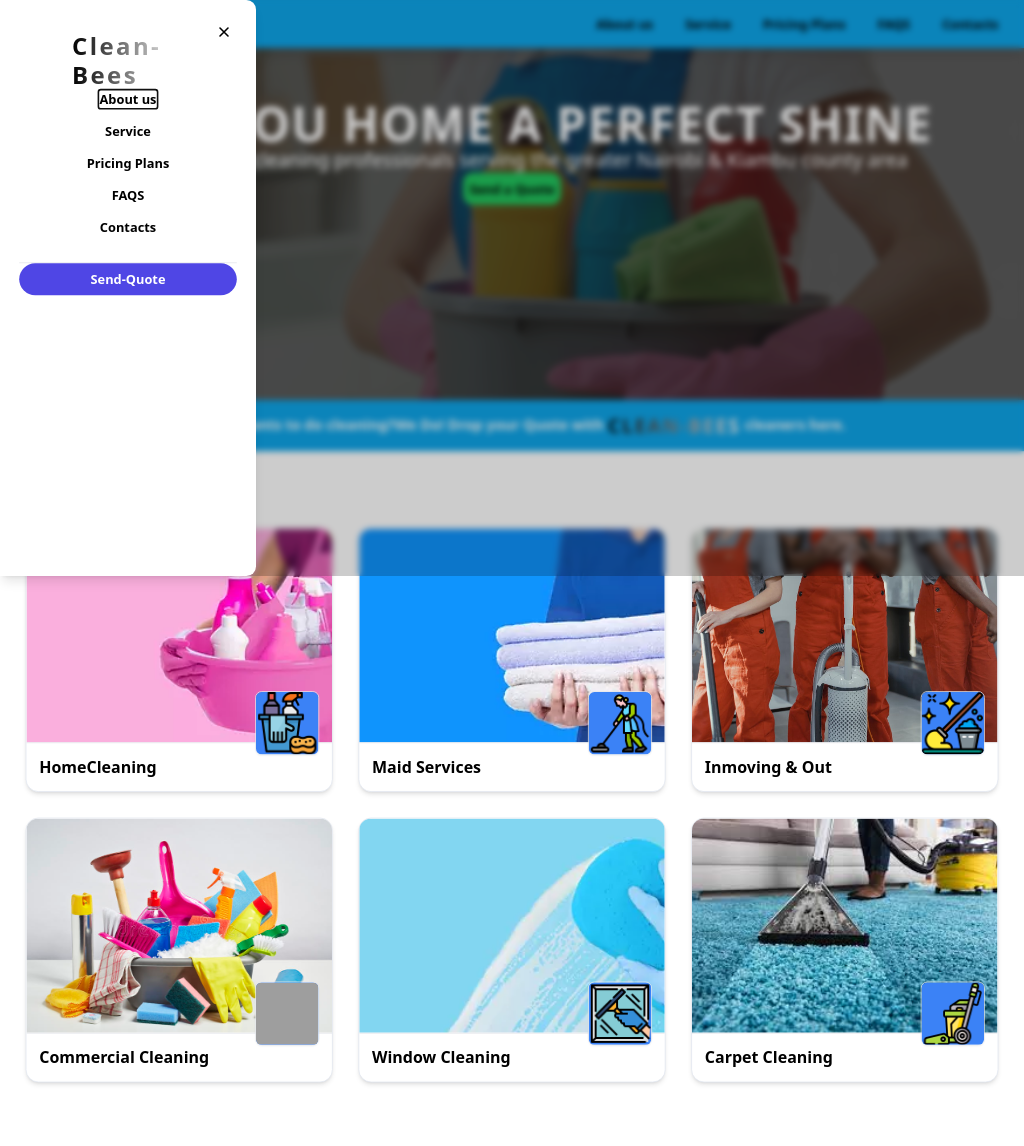
Repository: remydev47/cleanbees
Page: /
These files come from the project's save history. The page is drawn as it stood at one moment and after the next save; the edit follows.
The browser window is 1280 px wide. The pictures show the whole page, at 80% of full size.
Pictures or frames that could not be fetched are drawn as grey boxes. The project was rebuilt for these pictures with package versions that can differ from the ones it lists, and the page was loaded fresh each time. The framework's server and built-in components were replaced by stand-ins that run in the browser. Also part of the build but not shown: next.config.js.

Above is the page before, as saved 2022-09-19 11:52:02.

### pages/_app.tsx
import '../styles/globals.css'
import type { AppProps } from 'next/app'
import { Header } from '../components/Header'


function MyApp({ Component, pageProps }: AppProps) {
  return (
    <>
      <Header />
      <Component {...pageProps} />
    </>

    )
}

export default MyApp

### pages/index.tsx
import type { NextPage } from 'next'
import Head from 'next/head'
import Image from 'next/image'
import Hero from '../components/Hero'
import Services from '../components/Services';
import Testmonial from '../components/Testmonial';

const Home: NextPage = () => {
  return (
    <div className="">
      <Head>
        <title>CleanBees</title>
        <link rel="icon" href="/favicon.ico" />
      </Head>
      <Hero />
     <main className='mx-auto max-w-screen-xl px-6 sm:px-8'>
      <div className='mt-16 space-y-20'>
        <Services />
        <Testmonial />
      </div>
     </main>

    </div>
  )
}

export default Home

### components/Header.tsx
import { navLinks } from "../constants"
import { MenuPopOver } from "./MenuPopover"
import Logo from "./Logo"
import Image from "next/image"
import { title } from "process"

export const Header = () => {
    return(
        <>
          <header className={styles.container}>
           <div className='flex grow-0 basis-1/3 md:hidden'>
             <MenuPopOver />
          </div>
          <div className='flex grow-0 basis-1/3 justify-center md:justify-start'>
            <Logo />
           </div>
           <ul className="list-none sm:flex hidden justify-end items-center flex-1">
            {navLinks.map((nav, index) => (
                <li
                key={nav.id}
                className={`font-poppins font-extrabold cursor-pointer text-[16px]
                  ${index === navLinks.length - 1 ? 'mr-0' : 'mr-10'}
                 text-black `}
                >
                    <a>{nav.title}</a>
                </li>
            ))}
           </ul>

          </header>
        </>
    )
}

const styles ={
    container:`sticky bg-[#0ea5e9] inset-x-0 top-0 z-20 flex items-center justify-between py-2 px-2 shadow-lg dark:bg-slate-900 sm:py-3 sm:px-8`
}

### components/Hero.tsx
import React from 'react'
import Image from 'next/image'



const Hero = () => {
  return (
    <>
      <section className='relative h-[640px] w-full  bg-blue-500 sm:h-[55vh] md:h-[440px]'>
         <Image
           src='/img/pixel-cleaner2.jpg'
           layout='fill'
           objectFit='cover'
         />

        <div className="absolute inset-0 bg-neutral-900/70">
        <div className='mx-4 mt-16 flex flex-col items-center text-center '>
                <h1 className={styles.innerbanner}>
                    Give you Home a Perfect Shine
                </h1>
                <span className='text-xl text-white sm:text-2xl'>
                    Reliable house cleaning professionals serving the greater Nairobi & Kiambu county area
                </span>
                <button className='bg-green-500 text-black font-semibold p-2 rounded-xl'>
                    Send a Quote
                </button>
              </div>
        </div>
      </section>
      <HeroBottomCard />
   </>
  )
}

function HeroBottomCard() {
    return (
      <div className="bg-[#0ea5e9] p-4">
        <span className="block text-center text-lg text-white font-semibold">
          Nobody wants to do cleaning?We Do! Drop your  Quote with{" "}
          <span className="bg-gradient-to-r from-black to-[#fff] bg-clip-text align-middle text-2xl font-black tracking-widest text-transparent">
            CLEAN-BEES
          </span>{" "}
          cleaners here.
        </span>
      </div>
    );
  }

export default Hero;
const styles ={

    innerbanner:`text-3xl font-extrabold uppercase tracking-wide text-white sm:text-4xl md:text-5xl lg:text-6xl`,
}

### components/Services.tsx
import React from 'react';
import Image from 'next/image'
import Link from 'next/link';

const serviceItems =[
    {
        name:"HomeCleaning",
        description:"",
        image:'/img/cleaning3.webp',
        logo:"/img/homecleaning.png"
    },
    {
        name:"Maid Services",
        description:"",
        image:'/img/maid2.webp',
        logo:"/img/maid.png"
    },
    {
        name:"Inmoving & Out",
        description:"",
        image:'/img/pexels-cleaner.jpeg',
        logo:"/img/inmoving.png"
    },
    {
        name:"Commercial Cleaning",
        description:"",
        image:'/img/pixelcleaner3.jpg',
        logo:"/img/officecleaning.png"
    },
    {
        name:"Window Cleaning",
        description:"",
        image:'/img/cleaning4.webp',
        logo:"/img/window.png"
    },
    {
        name:"Carpet Cleaning",
        description:"",
        image:'/img/cleancarpet.jpg',
        logo:"/img/carpet.png"
    },
]

const Services = () => {
  return (
    <section id='service-items'>
        <div>
            <h2 className="text-2xl font-semibold"> Our Services </h2>
        </div>

        <div id="top-companies__items" className="grid grid-cols-1 gap-8 sm:grid-cols-2 lg:grid-cols-3">
              {serviceItems.map((item, i) => (
                 <Link href="/#" key={i}>
                  <a className="group block overflow-hidden rounded-2xl border border-slate-200 bg-white shadow-md transition-all duration-150 hover:-translate-y-1 hover:shadow-lg dark:border-slate-800 dark:bg-slate-700">
                    <div className="relative block overflow-hidden  pt-[70%]">
                     <Image
                       src={item.image}
                       alt={item.name}
                       layout="fill"
                       objectFit="cover"
                       className="transition-all duration-200 group-hover:scale-[102%]"
                      />
                    </div>
                    <div className="relative flex flex-col border-t p-4 dark:border-slate-600">
                <span className="absolute right-4 -top-[65px] block h-[80px] w-[80px] overflow-hidden rounded-lg border shadow-sm dark:border-slate-600">
                  <div className="relative block overflow-hidden  bg-blue-500 pt-[100%]">
                    <Image
                      src={item.logo}
                      alt={item.name}
                      layout="fill"
                      objectFit="cover"
                    />
                  </div>
                </span>

                <h5 className="block truncate text-xl font-semibold capitalize">
                  {item.name}
                </h5>
                <span className="block truncate text-slate-500 dark:text-slate-400">
                  {item.description}
                </span>
              </div>
                 </a>
                 </Link>
              ))}
            </div>

    </section>
  )
}

export default Services

### components/Testmonial.tsx
import React from 'react'
import "react-responsive-carousel/lib/styles/carousel.min.css";
import { Carousel } from 'react-responsive-carousel'

const Testmonial = () => {
  return (
    <>
      <section className="bg-[#0ea5e9] ">
        <Carousel>

        </Carousel>
      </section>
    </>
  )
}

export default Testmonial

### constants/index.ts

export const navLinks =[
    {
     id:"aboutus",
     title:"About us"
    },
    {
        id:"services",
        title:"Service"
    },
    {
        id:"pricingplans",
        title:"Pricing Plans"
    },
    {
        id:"faqs",
        title:"FAQS"
    },
    {
        id:"contacts",
        title:"Contacts"
    },
]

### components/MenuPopover.tsx
import React, { useState, Fragment } from 'react'
import { IconButton } from './Button'
import { Transition, Dialog }  from '@headlessui/react';
import Link from 'next/link';
import Logo from './Logo';
import { Button } from './Button';
//import { ThemeSelect } from './ThemeToogle';
import { navLinks } from '../constants';

export const MenuPopOver = () => {
    const [isOpen, setIsOpen] = useState(true)

    return(
      <div>
        <IconButton
          variant='ghost'
          aria-label='menu'
          onClick={() => setIsOpen(!isOpen)}
        >
          <svg className='h-6 w-6 ' fill='none' stroke='currentColor'>
            <path
              strokeLinecap='round'
              strokeLinejoin='round'
              strokeWidth={2}
              d='M4 6h16M4 12h16M4 18h16'
            />
          </svg>
        </IconButton>
        <Transition
          show={isOpen}
          appear
          as={Fragment}
          enter='transform transition ease-in-out duration-300'
          enterFrom='-translate-x-full'
          enterTo='translate-x-0'
          leave='transform transition ease-in-out duration-300 delay-200'
          leaveFrom='translate-x-0'
          leaveTo='-translate-x-full'
        >
         <Dialog
           as='div'
           className={`fixed inset-0 z-50`}
           onClose={setIsOpen}
           open={isOpen}
           >
           <Transition.Child
             as={Fragment}
             enter='ease-out duration-300 delay-300'
             enterFrom='opacity-0'
             enterTo='opacity-100'
             leave='ease-in duration-200'
             leaveFrom='opacity-100'
             leaveTo='opacity-0'
           >

            <Dialog.Overlay
              className={`fixed inset-0 bg-black/20 backdrop-blur-sm dark:bg-gray-900/80`}
             />
          </Transition.Child>
           <div className={styles.dialogcontainer}>
            <a className='mx-auto mt-4 flex w-[140px] '>
              <Logo />
            </a>
            <ul
                className={styles.navWrapper2}
             >
                {navLinks.map((nav, index) => (
                    <li
                     key={nav.id}
                     className={`font-poppins font-bold cursor-pointer text-[16px]
                      ${index === navLinks.length - 1 ? 'mr-0' : 'mb-4'}
                      text-black `}
                    >
                     <a href={`#${nav.id}`}>
                        {nav.title}
                     </a>
                    </li>
                 ))}
             </ul>
            {/* <div className='mt-0 border-t border-gray-200 pt-6 dark:border-gray-200/10'>

            </div> */}
            <ul className='mt-8 space-y-3 border-t border-gray-200 dark:border-gray-200/10'>
              <li>
               <Button fullWidth>
                   Send-Quote
               </Button>
              </li>

            </ul>
            <IconButton
              variant='ghost'
              aria-label='close menu'
              className='absolute top-5 right-5'
              onClick={() => setIsOpen(false)}
            >
              <svg
                viewBox='0 0 10 10'
                className='h-2.5 w-2.5 overflow-visible'
                aria-hidden='true'
              >
                <path
                    d='M0 0L10 10M10 0L0 10'
                    fill='none'
                    stroke='currentColor'
                    strokeWidth='2'
                    strokeLinecap='round'
                  />
              </svg>
            </IconButton>
           </div>
         </Dialog>
        </Transition>
      </div>
    )
  }

const styles ={
    dialogcontainer:`fixed top-0 bottom-0 left-0 w-full max-w-xs rounded-r-xl bg-white p-6 shadow-lg dark:bg-gray-800`,
    menuitems:`group relative flex h-9 items-center oveflow-hidden rounded-md hover:bg-slate-200/50`,
    navWrapper2:`list-none flex flex-col justify-end items-center flex-1`,
}

### components/Logo.tsx
import React from 'react';


const Logo  = () => {
  return (
    <span className={`bg-gradient-to-r from-black to-[#fff] bg-clip-text align-middle text-3xl font-black tracking-widest text-transparent hover:text-green-400`}>
        Clean-Bees
    </span>
  )
}

export default Logo;

### components/Button/index.tsx
import React, { forwardRef } from 'react';
//import { __DEV__ } from '../../utils/assertions'

type BaseButtonProps = Omit<React.HTMLProps<HTMLButtonElement>, "size">;

/* === Button Element === */

export interface ButtonProps extends BaseButtonProps {
  children: React.ReactNode;
  fullWidth?: boolean;
  className?: string;
  variant?: "solid" | "outline" | "ghost";
  size?: "sm" | "md" | "lg";
  as?: string;
  isExternal?: boolean;
  type?: "button" | "submit" | "reset";
}

export const Button = forwardRef<HTMLButtonElement, ButtonProps>(
  (
    {
      children,
      variant = "solid",
      size = "md",
      fullWidth = false,
      className,
      as = "button",
      isExternal = false,
      ...rest
    },
    ref
  ) => {
    let tempClassNames: string[] = [];

    const sharedClasses = [
      "capitalize",
      "focus:outline-none",
      "focus:ring-2",
      "focus:ring-indigo-400",
      "focus:ring-offset-2",
      "focus:ring-offset-indigo-50",
      "font-semibold",
      "rounded-full",
      "inline-flex",
      "flex-shrink-0",
      "items-center",
      "justify-center",
      "transition-colors",
      "ease-in-out",
      "duration-500",
    ];

    if (fullWidth) sharedClasses.push("w-full");

    // handle variants
    let btnSolid = ["bg-indigo-600", "hover:bg-indigo-700", "text-white"];
    let btnOutline = [
      "dark:text-white",
      "hover:text-yellow-700",
      "hover:dark:text-yellow-800",
      "bg-transparent",
      "hover:bg-indigo-50",
      "border",
      "border-indigo-600",
    ];
    let btnGhost = [
      "bg-transparent",
      "dark:text-white",
      "hover:bg-indigo-50",
      "hover:text-indigo-700",
      "hover:dark:text-indigo-700",
    ];

    if (variant === "solid") {
      tempClassNames = [...sharedClasses, ...btnSolid];
    } else if (variant === "outline") {
      tempClassNames = [...sharedClasses, ...btnOutline];
    } else if (variant === "ghost") {
      tempClassNames = [...sharedClasses, ...btnGhost];
    }

    // handle sizes
    let sizeSm = ["h-8", "px-2", "text-sm"];
    let sizeMd = ["h-10", "px-3"];
    let sizeLg = ["h-12", "px-4", "text-lg"];

    if (size === "sm") {
      tempClassNames = [...tempClassNames, ...sizeSm];
    } else if (size === "md") {
      tempClassNames = [...tempClassNames, ...sizeMd];
    } else if (size === "lg") {
      tempClassNames = [...tempClassNames, ...sizeLg];
    }

    let classes = tempClassNames.join(" ");

    let Element = as ? (
      React.createElement(
        as,
        {
          className: `${classes} ${className}`,
          target: isExternal ? "_blank" : undefined,
          rel: isExternal ? "noopener noreferrer" : undefined,
          ref,
          ...rest,
        },
        children
      )
    ) : (
      <button {...rest} className={`${classes} ${className}`} ref={ref}>
        {children}
      </button>
    );

    return Element;
  }
);

// if (__DEV__) {
//   Button.displayName = "Button";
// }

/* === IconButton Element === */

export interface IconButtonProps extends ButtonProps {
  icon?: React.ReactElement;
  "aria-label": string;
}

export const IconButton = forwardRef<HTMLButtonElement, IconButtonProps>(
  (
    {
      children,
      icon,
      className,
      "aria-label": ariaLabel,
      size = "md",
      ...rest
    },
    ref
  ) => {
    let sharedClasses = ["rounded-full", "!px-0"];

    // handle sizes
    let sizeSm = ["w-8"];
    let sizeMd = ["w-10"];
    let sizeLg = ["w-12"];

    if (size === "sm") {
      sharedClasses = [...sharedClasses, ...sizeSm];
    } else if (size === "md") {
      sharedClasses = [...sharedClasses, ...sizeMd];
    } else if (size === "lg") {
      sharedClasses = [...sharedClasses, ...sizeLg];
    }

    /**
     * Passing the icon as prop or children should work
     */
    const element = icon || children;
    const _children = React.isValidElement(element)
      ? React.cloneElement(element as any, {
          "aria-hidden": true,
          focusable: false,
        })
      : null;

    let classes = sharedClasses.join(" ");
    return (
      <Button
        className={`${classes} ${className}`}
        aria-label={ariaLabel}
        size={size}
        {...rest}
        ref={ref}
      >
        {_children}
      </Button>
    );
  }
);

// if (__DEV__) {
//   IconButton.displayName = "IconButton";
// }

Loaded but not shown: styles/globals.css (common file); tailwind.config.js (common file)

After the next save:
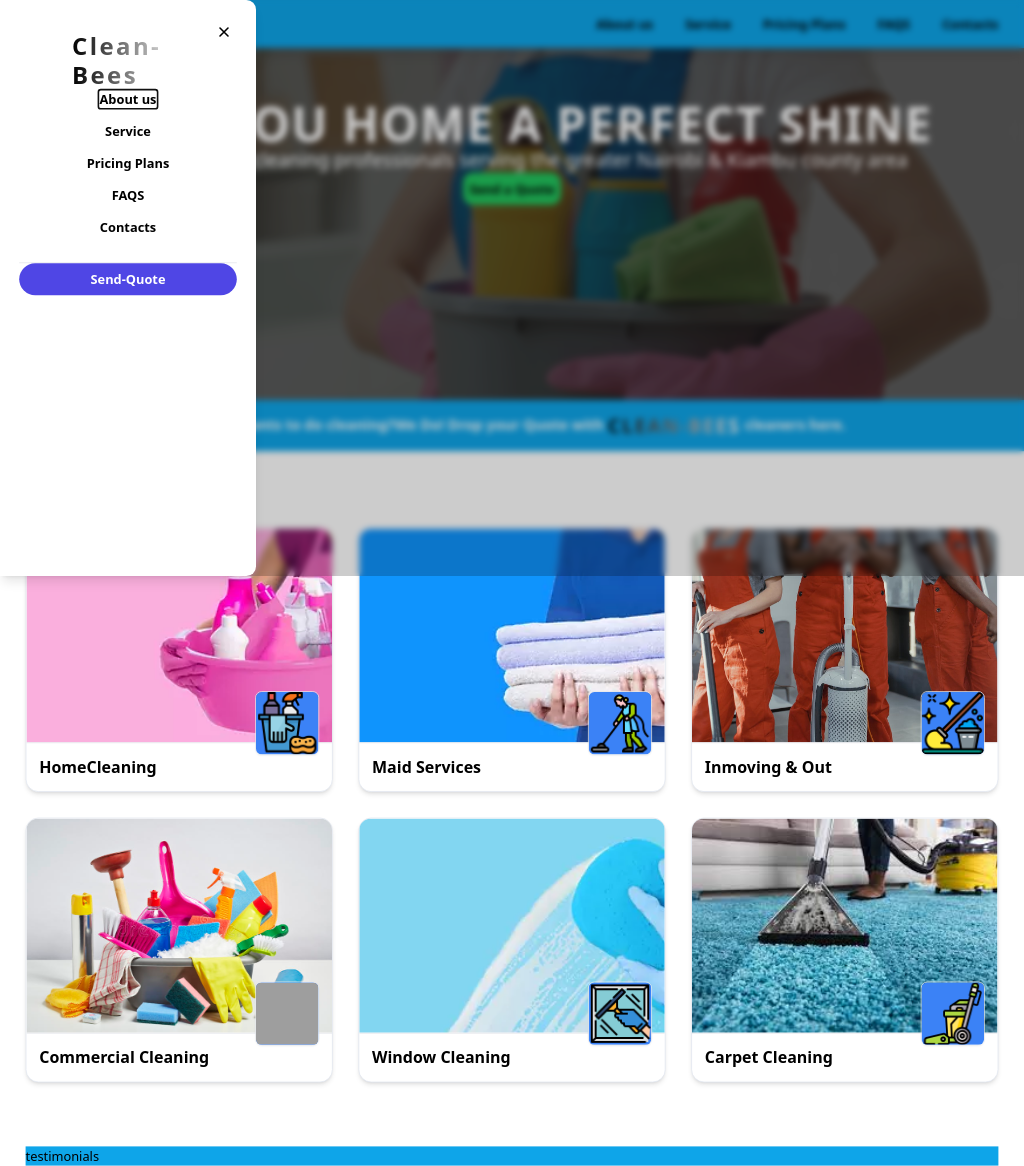
Saved 5 min 30 s later.
--- a/components/Testmonial.tsx
+++ b/components/Testmonial.tsx
@@ -6,6 +6,7 @@ const Testmonial = () => {
   return (
     <>
       <section className="bg-[#0ea5e9] ">
+        testimonials
         <Carousel>
 
         </Carousel>
